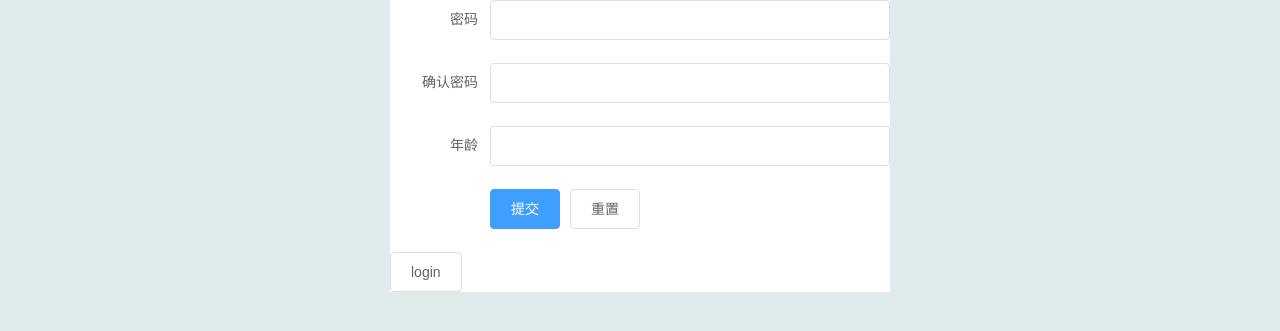
Repository: yuyiyong/study.vue
Page: /#/login
These files come from the project's save history. The page is drawn as it stood at one moment and after the next save; the edit follows.
The browser window is 1280 px wide. The pictures show the whole page.
The project was rebuilt for these pictures with package versions that can differ from the ones it lists, and the page was loaded fresh each time. Also part of the build but not shown: src/pages/Layout/Menu/Menu.vue, src/pages/Main/Main.vue, src/pages/Containt/Containt1.vue, src/pages/Containt/Containt2.vue.

Above is the page before, as saved 2021-03-09 17:47:23.

After the next save:
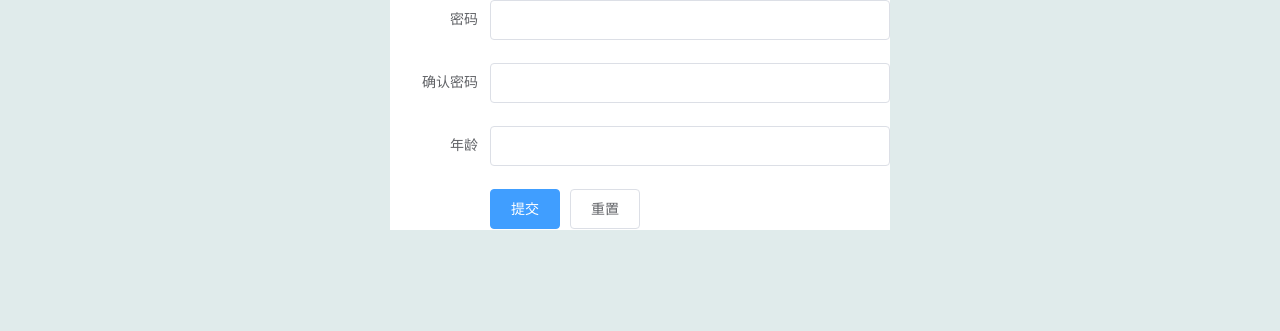
Saved 20 s later.
--- a/src/pages/Login/Login.vue
+++ b/src/pages/Login/Login.vue
@@ -1,6 +1,6 @@
 <!--
  * @LastEditors: yyy_dui
- * @LastEditTime: 2021-03-09 17:46:09
+ * @LastEditTime: 2021-03-09 17:47:43
  * @FilePath: /element_test/src/pages/Login/Login.vue
 -->
 <template>
@@ -37,7 +37,6 @@
         <el-button @click="resetForm('ruleForm')">重置</el-button>
       </el-form-item>
     </el-form>
-    <el-button @click="handleLogin">login</el-button>
   </div>
 </template>
 
